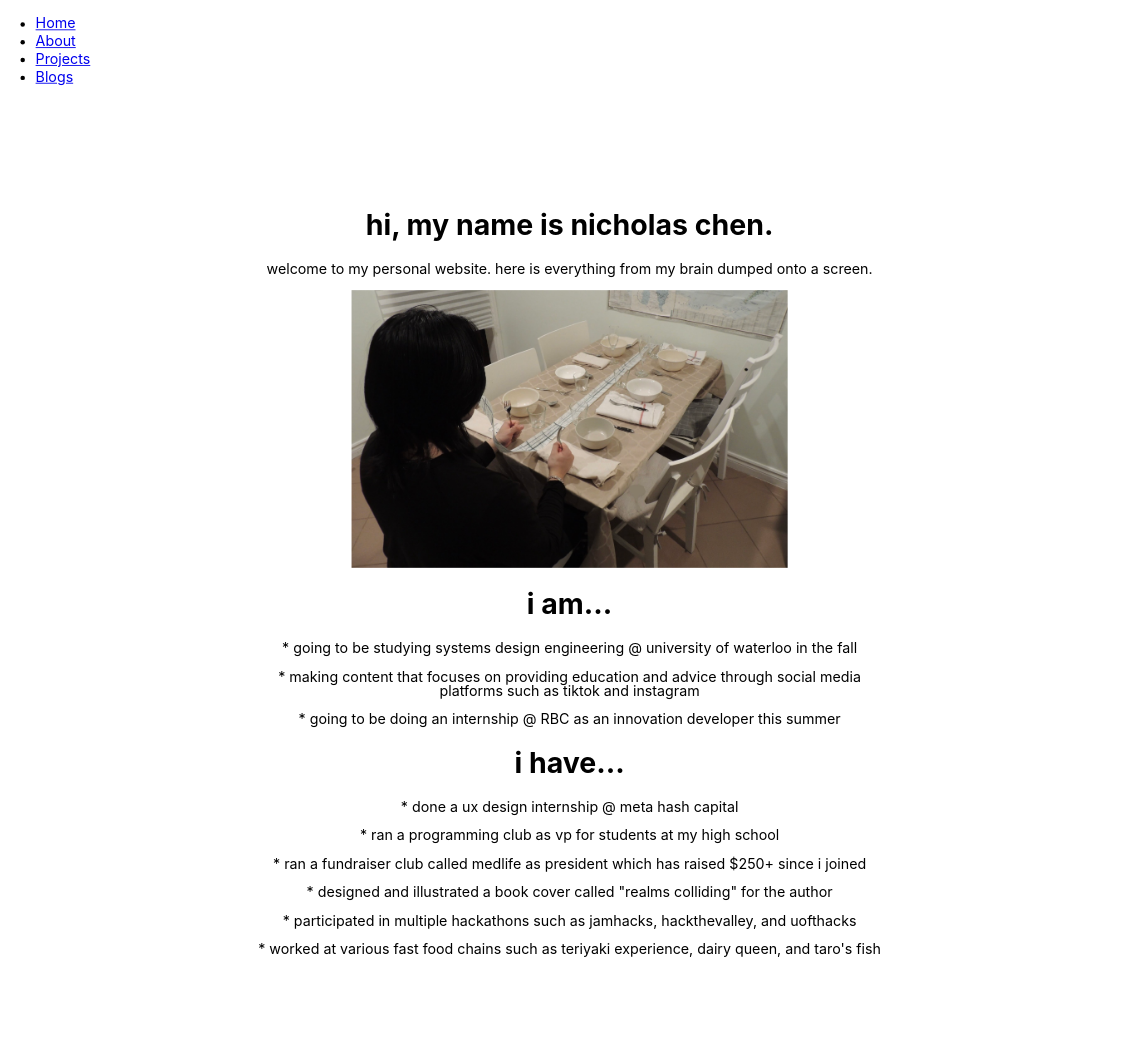
Repository: nicholaschen09/personalWebsite
Page: /
These files come from the project's save history. The page is drawn as it stood at one moment and after the next save; the edit follows.
The browser window is 1280 px wide. The pictures show the whole page, at 89% of full size.
The project was rebuilt for these pictures with package versions that can differ from the ones it lists, and the page was loaded fresh each time. Also part of the build but not shown: src/components/About.css, src/components/About.js, src/components/Projects.css, src/components/Projects.js, src/components/Blog.css, src/components/Blog.js, src/components/Miscellaneous.css, src/components/Miscellaneous.js and 4 more.

Above is the page before, as saved 2024-07-17 22:22:32.

After the next save:
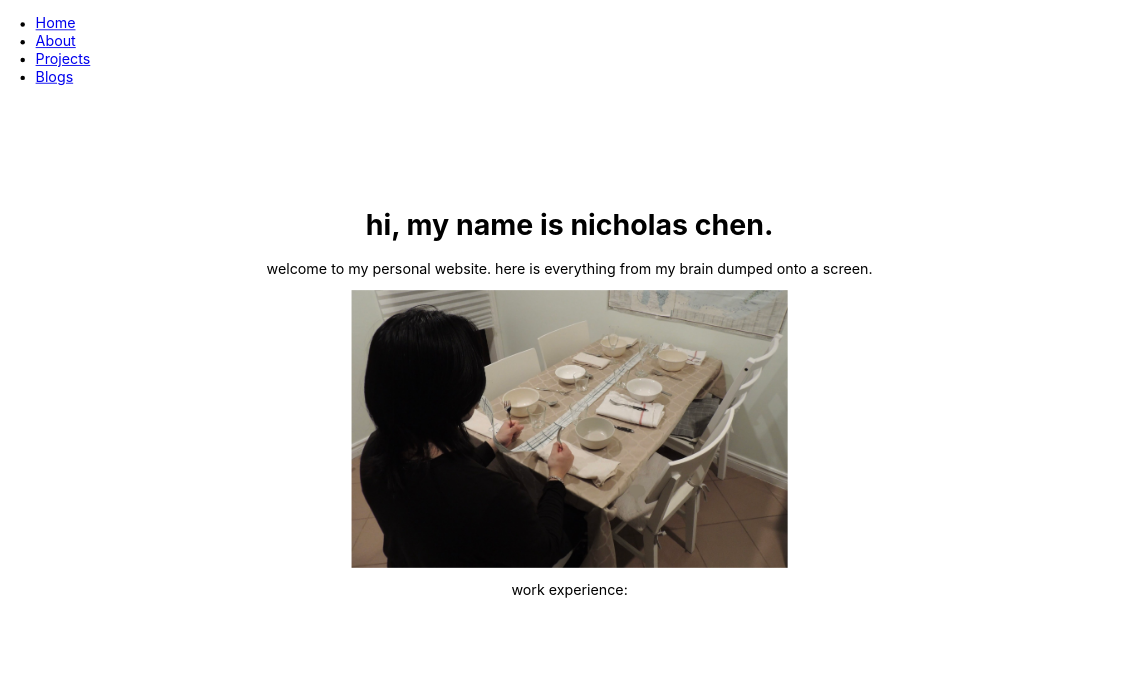
Saved 93 s later.
--- a/src/components/Home.js
+++ b/src/components/Home.js
@@ -9,18 +9,9 @@ const Home = () => {
             <p>welcome to my personal website. here is everything from my brain dumped onto a screen.</p>
             <img src={process.env.PUBLIC_URL + '/DSCN3098_2.jpg'}alt="DinnerImage" className="DinnerImage" />
 
-            <h1> i am...</h1>
-            <p> * going to be studying systems design engineering @ university of waterloo in the fall</p>
-            <p> * making content that focuses on providing education and advice through social media platforms such as tiktok and instagram</p>
-            <p> * going to be doing an internship @ RBC as an innovation developer this summer</p>
+            <p>work experience: </p>
 
-            <h1>i have...</h1>
-            <p>* done a ux design internship @ meta hash capital </p>
-            <p>* ran a programming club as vp for students at my high school </p>
-            <p>* ran a fundraiser club called medlife as president which has raised $250+ since i joined </p>
-            <p>* designed and illustrated a book cover called "realms colliding" for the author</p>
-            <p>* participated in multiple hackathons such as jamhacks, hackthevalley, and uofthacks </p>
-            <p>* worked at various fast food chains such as teriyaki experience, dairy queen, and taro's fish </p>
+
         </div>
         );
 
